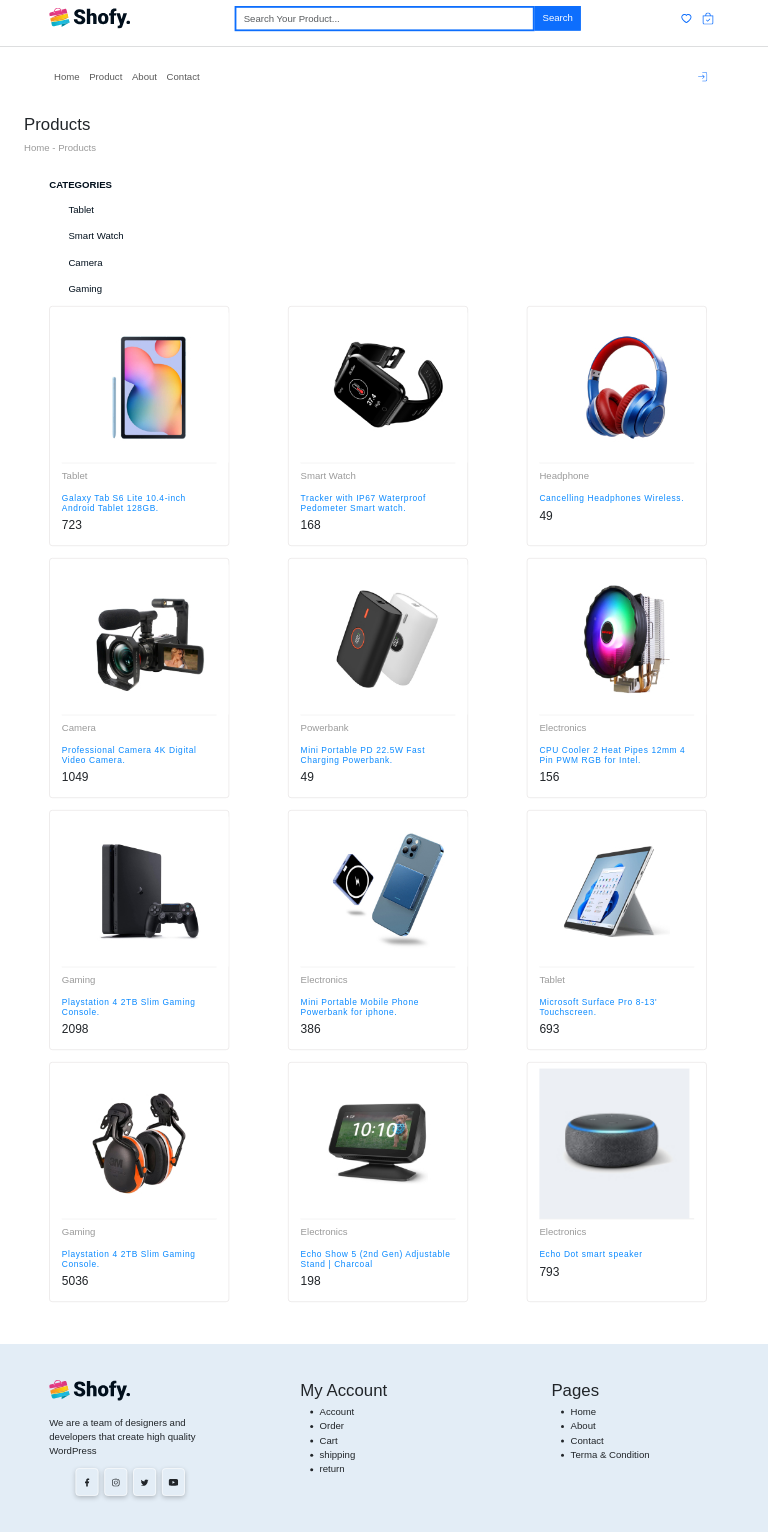
Repository: YomnaWegdan/E-commerce
Page: /product
The author's editor kept a copy of each file at every save. The page is drawn from the files as they stood at one save, then again after a run of saves.
The browser window is 1280 px wide. The pictures show the whole page, at 60% of full size.
The project was rebuilt for these pictures with package versions that can differ from the ones it lists, and the page was loaded fresh each time. Also part of the build but not shown: src/App.css, src/Pages/Home.css, src/Components/HomeProduct.js, src/Pages/Home.js.

Above is the page before, as saved 2023-08-06 03:09:10.

### src/index.js
import React from 'react';
import ReactDOM from 'react-dom/client';
import './index.css';
import App from './App';
import reportWebVitals from './reportWebVitals';
import 'bootstrap/dist/css/bootstrap.min.css';
import { Auth0Provider } from '@auth0/auth0-react';

const root = ReactDOM.createRoot(document.getElementById('root'));
root.render(
  <Auth0Provider
  domain="dev-aamwpxlsfm3npzz6.us.auth0.com"
  clientId="MkjduxuJruldtmeMMgriskirViaGSRSW"
  authorizationParams={{
    redirect_uri: window.location.origin
  }}
>
  <App />
</Auth0Provider>,);

// If you want to start measuring performance in your app, pass a function
// to log results (for example: reportWebVitals(console.log))
// or send to an analytics endpoint. Learn more: https://bit.ly/CRA-vitals
reportWebVitals();

### src/App.js
import { BrowserRouter , Routes , Route} from 'react-router-dom';
import './App.css';
import Navs from './Components/Navbar/Navs';
import Home from './Pages/Home';
import Footer from './Components/Footer/Footer';
import Product from './Pages/Product';

function App() {
  return (
    <BrowserRouter>
    <Navs/>
    <Routes>
    <Route path='/' element={<Home/>}/>
    <Route path='/product' element={<Product/>}/>

    </Routes>
    <Footer/>

    </BrowserRouter>
  );
}

export default App;

### src/Components/Navbar/Navs.js
import { Fragment } from 'react';
import Container from 'react-bootstrap/Container';
import Nav from 'react-bootstrap/Nav';
import Navbar from 'react-bootstrap/Navbar';
import Form from 'react-bootstrap/Form';
import Button from 'react-bootstrap/Button';
import Row from 'react-bootstrap/Row';
import Col from 'react-bootstrap/Col';
import logo from '../../img/logo.svg'
import { FaTruckMoving } from 'react-icons/fa';
import { AiOutlineUser } from 'react-icons/ai';
import { CiLogin } from 'react-icons/ci';
import { CiLogout } from 'react-icons/ci';
import { AiOutlineHeart } from 'react-icons/ai';
import { BsBagCheck } from 'react-icons/bs';
import './Navs.css'
import { useAuth0 } from "@auth0/auth0-react";

const Navs = () => {
  const { loginWithRedirect, logout , user, isAuthenticated } = useAuth0();


  return (
    <Fragment>
    <Navbar expand="lg" className='justify-content-between' >
      <Container>
        <Navbar.Brand href="/"><img src={logo} alt ='Logo'/></Navbar.Brand>
        <Navbar.Toggle aria-controls="basic-navbar-nav" />
        <Navbar.Collapse id="basic-navbar-nav" >
          <Nav className=" w-100 justify-content-center">
          <Form inline >
          <Row>
            <Col xs="auto">
              <Form.Control
                type="text"
                placeholder="Search Your Product..."
                className=" mr-sm-2  w-auto"
              />
            </Col>
            <Col xs="auto" className=' m-sm-0'>
              <Button type="submit">Search</Button>
            </Col>
          </Row>
        </Form>
        </Nav>
        <Nav className=' justify-content-end'>
        {isAuthenticated &&
        (
        <Nav>
          <Nav.Link href="/" ><AiOutlineUser/></Nav.Link>
          <p className=' my-auto me-3' >Hello, {user.name}</p>
        </Nav>
        )}

        <Nav.Link href="/" ><AiOutlineHeart/></Nav.Link>
        <Nav.Link href="/cart" ><BsBagCheck/></Nav.Link>

          </Nav>
        </Navbar.Collapse>
      </Container>
    </Navbar>
    <hr/>
    <Navbar expand="lg" >
    <Container>
      <Navbar.Toggle aria-controls="basic-navbar-nav "  />
      <Navbar.Collapse id="basic-navbar-nav" className=' justify-content-between'>
        <Nav className=" justify-content-start">
          <Nav.Link href="/">Home</Nav.Link>
          <Nav.Link href="/product">Product</Nav.Link>
          <Nav.Link href="/about">About</Nav.Link>
          <Nav.Link href="/contact">Contact</Nav.Link>
        </Nav>
        <Nav className="auth  ">
        {isAuthenticated?
                <Button onClick={() => logout({ logoutParams: { returnTo: window.location.origin } })}><CiLogout/></Button>:
                        <Button onClick={() => loginWithRedirect()}><CiLogin/></Button>
        }
        </Nav>
      </Navbar.Collapse>
    </Container>
  </Navbar></Fragment>
  )
}

export default Navs

### src/Components/Footer/Footer.js
import React from 'react'
import logo from '../../img/logo.svg'
import { AiOutlineInstagram } from 'react-icons/ai';
import { RiFacebookFill } from 'react-icons/ri';
import { AiOutlineTwitter } from 'react-icons/ai';
import { BsYoutube } from 'react-icons/bs';
import './Footer.css'

const Footer = () => {
  return (
    <div className='footer'>
    <div className='container d-flex justify-content-between '>
    <div className='about col-lg-3'>
    <div className='logo'>
        <img src={logo} alt='logo'></img>
    </div>
    <div className='detail'>
                    <p className=' mt-4'>We are a team of designers and developers that create high quality WordPress</p>
                    <div className='icon'>
                        <li><RiFacebookFill /></li>
                        <li><AiOutlineInstagram /></li>
                        <li><AiOutlineTwitter /></li>
                        <li><BsYoutube /></li>
                    </div>
                </div>
    </div>
    <div className='account col-lg-3'>
                <h3>My Account</h3>
                <ul>
                    <li>Account</li>
                    <li>Order</li>
                    <li>Cart</li>
                    <li>shipping</li>
                    <li>return</li>
                </ul>
            </div>
            <div className='page col-lg-3'>
                <h3>Pages</h3>
                <ul>
                    <li>Home</li>
                    <li>About</li>
                    <li>Contact</li>
                    <li>Terma & Condition</li>
                </ul>
            </div>
    </div>

    </div>
  )
}

export default Footer

### src/Pages/Product.js
import React from 'react'
import './Product.css'
import Productdetail from './Productdetail'
import { AiOutlineShoppingCart } from 'react-icons/ai';
import { BsEye } from 'react-icons/bs';
import { AiOutlineHeart } from 'react-icons/ai';
import './Product.css'
const Product = () => {
  return (
    <div className='products  '>
    <h3>Products</h3>
    <p>Home - Products</p>
    <div className='container d-flex justify-content-between'>
    <div className='filter'>
    <div className='categories'>
    <h3>Categories</h3>
    <ul>
    <li>Tablet</li>
    <li>Smart Watch</li>
    <li>Camera</li>
    <li>Gaming</li>
    </ul>
    </div>
    <div className='productbox '>
    <div className='contant '>
    {Productdetail.map((el)=>{
      return(
        <div className='box' key={el.id}>
            <div className='img_box  '>
            <img src={el.Img} alt={el.Title}></img>
            <div className='icon'>
              <li ><AiOutlineShoppingCart /></li>
              <li ><BsEye /></li>
              <li><AiOutlineHeart /></li>
            </div>
            </div>
            <div className='detail '>
            <p> {el.Cat}</p>
            <h4 className=''>{el.Title}</h4>
            <h5 >{el.Price}</h5>
            </div>
        </div>
      )
    })}
    </div>
    </div>
    </div>
    </div>
      </div>
  )
}

export default Product

### src/Components/Navbar/Navs.css
.navbar input{
    width: 500px !important;
    border: 3px solid #0D6EFD;
    border-radius: 0px !important;
    outline: none !important;


}
.navbar input:focus{
    outline: none !important;
}
.navbar button{
    margin-left: -24px;
    border-radius: 0px !important;
    height: 41px;
}
@media (max-width:1200px) {
    .navbar button{
        margin-left: 0;
    }
    .navbar input{
        width: 260px !important;
    }
}
.navbar svg{
    color: #0D6EFD;
    width: 20px;
    height: 20px;
}
.navbar a:hover{
    color: #0D6EFD;

}
.navbar p{
    width: max-content;
}
.navbar .auth button{
    background-color: white;
    border: none;
    margin: 5px;
}

### src/Components/Footer/Footer.css
.footer{
    background: #e3edf6;
    padding: 60px;
    text-align: start;
}
.footer .detail .icon{
    list-style: none;
    display: flex;
    justify-content: center;

}
.footer .detail .icon li{
    margin-right: 10px;
    border: 1px solid white;
    box-shadow: rgba(0, 0, 0, 0.24) 0px 3px 8px;
    padding: 10px;
    border-radius: 6px;

}
.footer .detail .icon li:hover{
    background-color: #0989ff;
    color: white;
    border: 1px solid #0989ff;
    transition: 0.5s;


}

.footer .account li:hover , .footer .page li:hover{
    color: #0989ff;
    cursor: pointer;
    transition: 0.5s;


}

### src/Pages/Product.css
*
{
    margin: 0;
    padding: 0;
    font-family: sans-serif;
    box-sizing: border-box;
}
.products
{
    padding: 30px 40px;
    width: 100%;
}
.products h2
{
    font-size: 42px;
    letter-spacing: 1px;
    text-transform: uppercase;
    font-weight: 300;
    color: #010f1c;
}
.products p
{
    margin-top: 10px;
    color: #9a9a9a;
}
.products .container
{
    margin-top: 20px;
    max-width: 100%;
    display: flex;
    justify-content: space-between;
}
.products .container .filter
{
    padding: 20px 30px;
    display: flex;
    justify-content:flex-start;
    flex-wrap: wrap;
}
.products .container .filter .categories h3
{
    color: #010f1c;
    font-size: 16px;
    text-transform: uppercase;
    font-weight: 600;
}
.products .container .filter .categories ul
{
    margin-top: 10px;
}
.products .container .filter .categories ul li
{
    list-style: none;
    margin-top: 20px;
    color: #010f1c;
    cursor: pointer;
}
.products .container .productbox
{
    margin-right: 0%;
    display: flex;
    justify-content: space-between;
    flex-wrap: wrap;
}

.products .container .productbox .contant{
    display: flex;
    justify-content: space-between;
    flex-wrap: wrap;

}
.products .container .productbox .contant .box
{
    padding: 10px 20px;
    overflow: hidden;
    width: 300px;
    height: 400px;
    border: 1px solid #e2e0e0;
    margin-bottom: 20px;
    transition: 0.5s;
    cursor: pointer;
    border-radius: 5px;
    margin-right: 20px;
}
.products .container .productbox .contant .box:hover
{
    box-shadow: rgba(0, 0, 0, 0.24) 0px 3px 8px;
}
.products .container .productbox .contant .box .img_box
{
    display: flex;
    justify-content: space-between;
    border-bottom: 1px solid #e2e0e0;
}
.products .container .productbox .contant .box .img_box img
{
    width: 300px;
    height: 250px;
    margin-right: 50px;
}
.products .container .productbox .contant .box .img_box .icon
{
    z-index: 1;
    position: relative;
    right: 0;
    display: flex;
    flex-direction: column;
    margin-top: 20px;
    transition: 0.5s;
}
.products .container .productbox .contant .box:hover .img_box .icon
{
    transform: translateX(-130px);
}
.products .container .productbox .contant .box .img_box .icon li
{
    list-style: none;
    padding: 10px 10px;
    color: #010f1c;
    cursor: pointer;
    box-shadow: rgba(0, 0, 0, 0.24) 0px 3px 8px;
    background: #fff;
    transition: 0.5s;
    font-size: 18px;
}
.products .container .productbox .contant .box .img_box .icon li:hover
{
    background: #0989ff;
    color: #fff;
}
.products .container .productbox .contant .box .detail
{
    margin-top: 10px;
}
.products .container .productbox .contant .box .detail h3
{
    font-size: 16px;
    margin-top: 5px;
    color: #010f1c;
    transition: 0.5s;
}
.products .container .productbox .contant .box:hover .detail h3
{
    color: #0989ff;
}
.products .container .productbox .contant .box .detail h4
{
    margin-top: 5px;
    font-size: 14px;
    color: #0989ff;
    letter-spacing: 1px;
}

### src/Pages/Productdetail.js
const Productdetail =
[
    {
        id:1,
        Title:"Galaxy Tab S6 Lite 10.4-inch Android Tablet 128GB.",
        Cat: 'Tablet',
        Price: '723',
        Img: require('../img/tp1.jpg')
    },
    {
        id:2,
        Title:"Tracker with IP67 Waterproof Pedometer Smart watch.",
        Cat: 'Smart Watch',
        Price: '168',
        Img: require('../img/tp2.jpg')
    },
    {
        id:3,
        Title:"Cancelling Headphones Wireless.",
        Cat: 'Headphone',
        Price: '49',
        Img: require('../img/tp3.jpg')
    },
    {
        id:4,
        Title:"Professional Camera 4K Digital Video Camera.",
        Cat: 'Camera',
        Price: '1049',
        Img: require('../img/tp4.jpg')
    },
    {
        id:5,
        Title:"Mini Portable PD 22.5W Fast Charging Powerbank.",
        Cat: 'Powerbank',
        Price: '49',
        Img: require('../img/tp5.jpg')
    },
    {
        id:6,
        Title:"CPU Cooler 2 Heat Pipes 12mm 4 Pin PWM RGB for Intel.",
        Cat: 'Electronics',
        Price: '156',
        Img: require('../img/tp6.png')
    },
    {
        id:7,
        Title:"Playstation 4 2TB Slim Gaming Console.",
        Cat: 'Gaming',
        Price: '2098',
        Img: require('../img/tp7.jpg')
    },
    {
        id:8,
        Title:"Mini Portable Mobile Phone Powerbank for iphone.",
        Cat: 'Electronics',
        Price: '386',
        Img: require('../img/tp8.jpg')
    },
    {
        id:9,
        Title:"Microsoft Surface Pro 8-13' Touchscreen.",
        Cat: 'Tablet',
        Price: '693',
        Img: require('../img/p9.jpg')
    },
    {
        id:10,
        Title:"Playstation 4 2TB Slim Gaming Console.",
        Cat: 'Gaming',
        Price: '5036',
        Img: require('../img/p10.jpg')
    },
    {
        id:11,
        Title:"Echo Show 5 (2nd Gen) Adjustable Stand | Charcoal",
        Cat: 'Electronics',
        Price: '198',
        Img: require('../img/p11.jpg')
    },
    {
        id:12,
        Title:"Echo Dot smart speaker",
        Cat: 'Electronics',
        Price: '793',
        Img: require('../img/p12.jpg')
    },
]
export default Productdetail;

Loaded but not shown: public/index.html (common file); src/index.css (common file); src/reportWebVitals.js (common file)

After the next 2 saves:
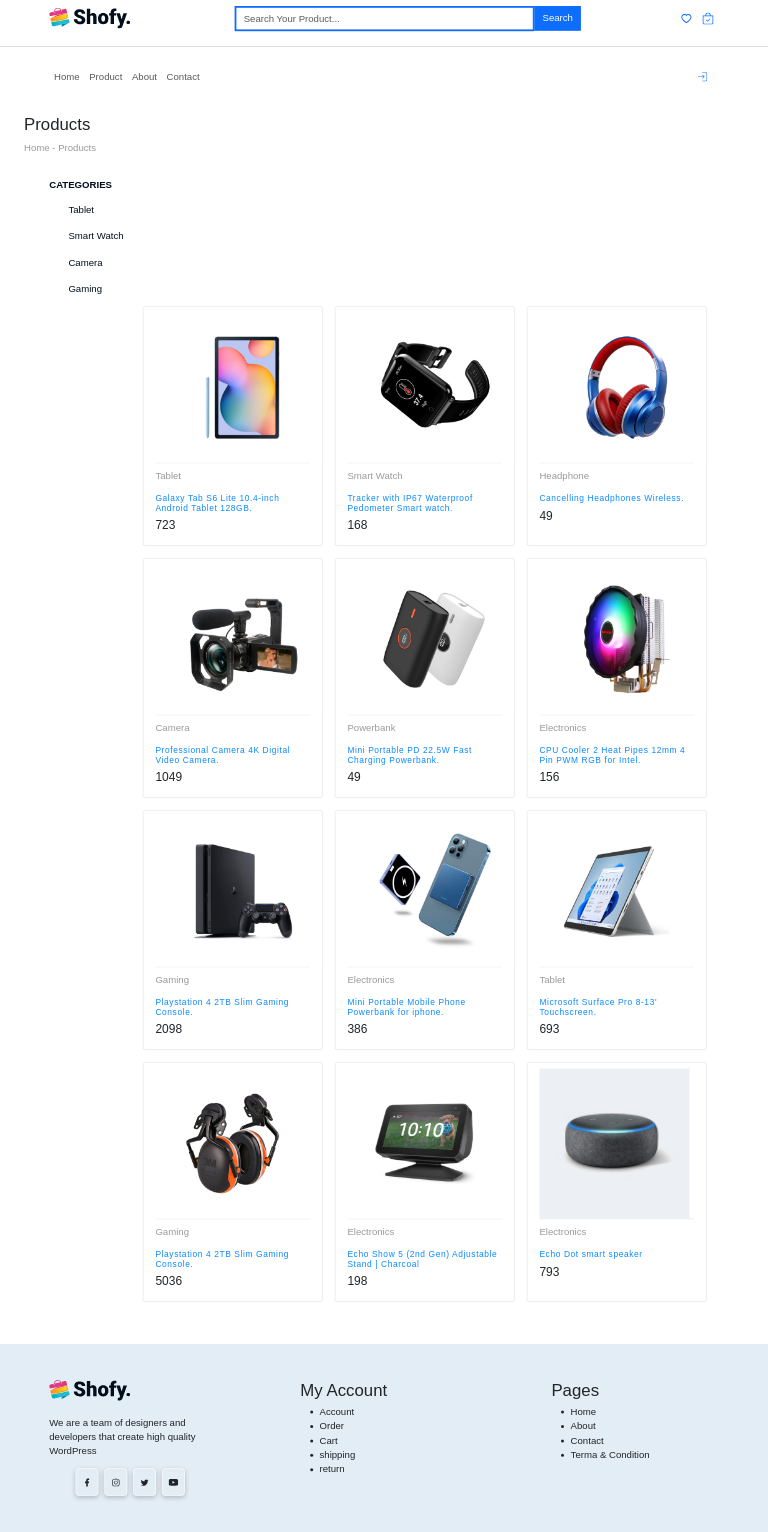
The 2 saves are shown as one change because they came seconds apart.
The last was saved 11 s later.
--- a/src/Pages/Product.css
+++ b/src/Pages/Product.css
@@ -65,7 +65,7 @@
 
 .products .container .productbox .contant{
     display: flex;
-    justify-content: space-between;
+    justify-content:flex-end;
     flex-wrap: wrap;
 
 }
